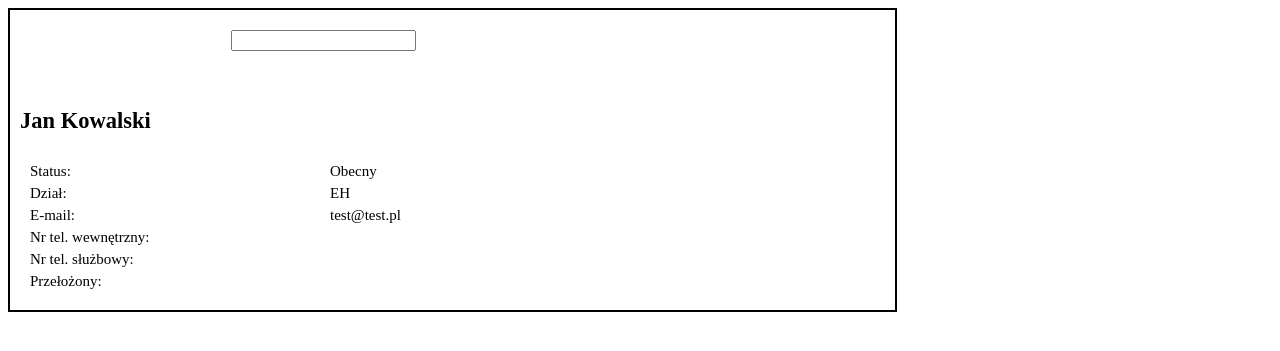
Repository: emdes515/EHpanel
Page: html/dashboardObecnosc.html
The author's editor kept a copy of each file at every save. The page is drawn from the files as they stood at one save, then again after the next save.
The browser window is 1280 px wide. The pictures show the whole page.

Above is the page before, as saved 2024-04-22 11:34:22.
Console error: ReferenceError: $ is not defined

### html/dashboardObecnosc.html
<style>
		.main {
			width: 70%;
			height: 40%;
			border: 2px solid black;
			display: flex;
			flex-direction: column;
			font-size: 15px;
			max-width: 1000px;
			min-height: 300px;
			overflow: auto;
		}

		.inputContainer {
			margin: 20px;
			align-self: center;
			width: 50%;
			height: 10%;
		}

		.info {
			margin: 10px;
		}

		.infoWrapper{
			display: grid;
			grid-template-columns: 300px 1fr;
			align-self: flex-start;
		}

		.infoWrapper div {
			margin: 5px;
						align-self: flex-start;
		}

		@media (max-width: 700px) {
			.inputContainer {
				width: 90%;
			}
		}
	}
</style>

<div class="main">
	<div class="inputContainer">
		<input
			id="dashboardObecnoscInput"
			name="dashboardObecnoscInput" />
	</div>

	<div class="info">
		<div>
			<h2>Jan Kowalski</h2>
		</div>
		<div class="infoWrapper">
			<div>
				<div><span class="fw-bold text-primary">Status: </span></div>
				<div><span class="fw-bold text-primary">Dział: </span></div>
				<div><span class="fw-bold text-primary">E-mail: </span></div>
				<div>
					<span class="fw-bold text-primary">Nr tel. wewnętrzny: </span>
				</div>
				<div>
					<span class="fw-bold text-primary">Nr tel. służbowy: </span>
				</div>
				<div>
					<span class="fw-bold text-primary">Przełożony: </span>
				</div>
			</div>
			<div>
				<div>Obecny</div>
				<div>EH</div>
				<div>test@test.pl</div>
			</div>
		</div>
	</div>

	<script
		type="text/javascript"
		src="js/dashboardObecnosc.js"></script>
</div>

### js/dashboardObecnosc.js
$(document).ready(function () {
	const pracownicy = ['a', 'b', 'c'];

	const pracownicyNieobecnii_Zdalnie = $('#dashboardObecnoscInput').jqxInput({
		placeHolder: 'Wprowadź dane pracownika',
		height: '100%',
		width: '100%',
		minLength: 1,
		searchMode: 'startswithignorecase',
		source: pracownicy,
	});

	const url = 'https://api.elgor.com.pl/login';
	const apikey =
		'f000983f7ccf9d50418948aeb3eef18484fb354824ca383c64823bd7db18c41b82b90434b9ab30e4f310701d749fa158569573b16a13cbd15fd0b853af04ed77';

	fetch(url, {
		method: 'GET',
		headers: {
			Accept: 'application/json',
			apikey: apikey,
		},
	})
		.then((response) => response.json())
		.then((data) => console.log(data));
});

After the next save:
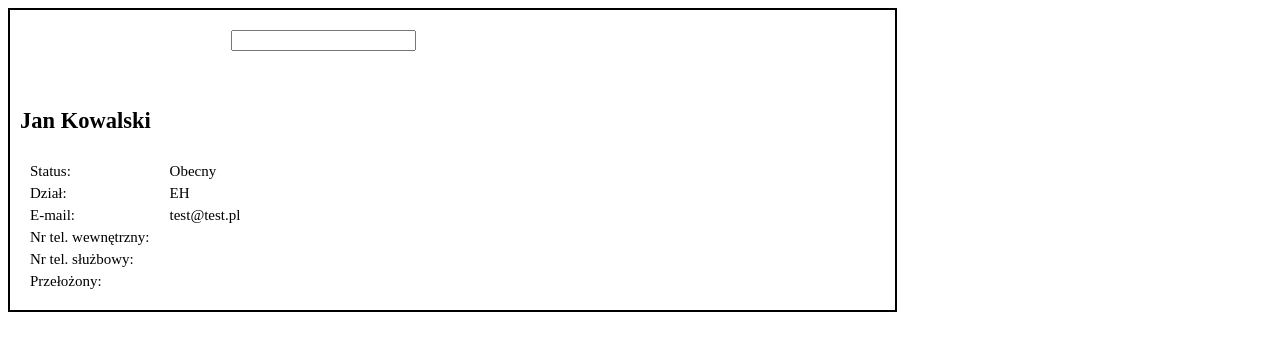
Saved 47 s later.
--- a/html/dashboardObecnosc.html
+++ b/html/dashboardObecnosc.html
@@ -24,7 +24,7 @@
 
 		.infoWrapper{
 			display: grid;
-			grid-template-columns: 300px 1fr;
+			grid-template-columns: auto 1fr;
 			align-self: flex-start;
 		}
 
